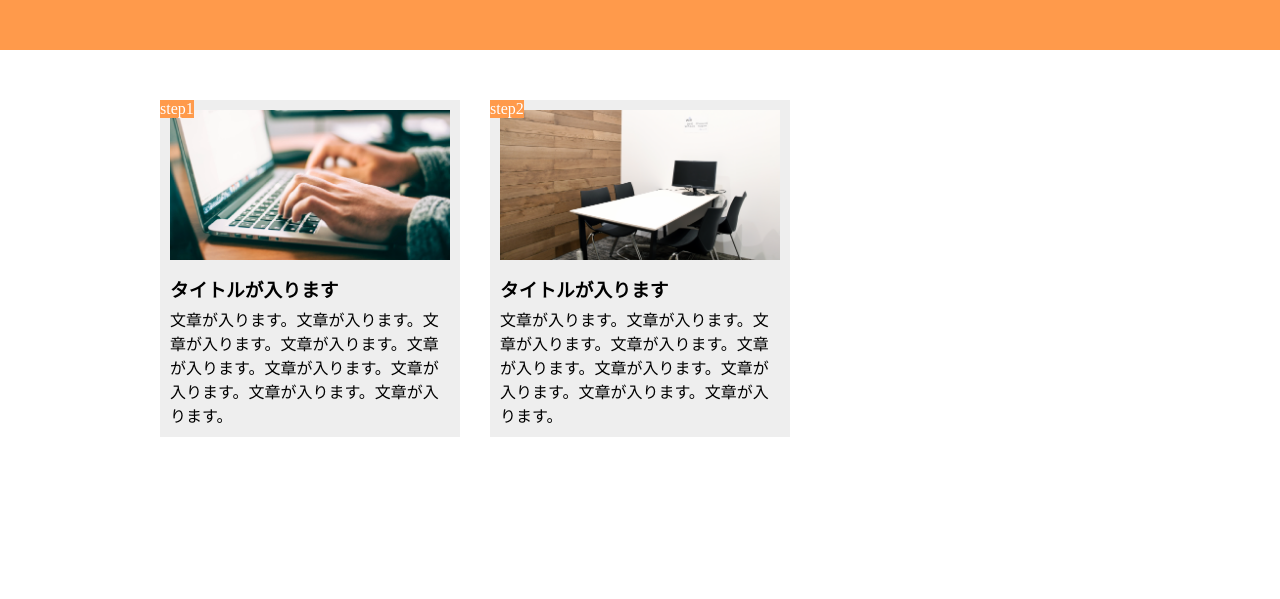
Repository: RAM-OK/git-practice
Page: chapter9-2/index.html
The author's editor kept a record of every edit. The page is drawn from the files as they stood at one moment, then again after the next edit.
The browser window is 1280 px wide. The pictures show the whole page.

Above is the page before.

### chapter9-2/index.html
<!DOCTYPE html>
<html lang="ja">
  <head>
    <meta charset="UTF-8">
    <link rel="stylesheet" href="style.css">
  </head>

  <body>
    <header></header>
    <main>
      <div class="step-box">
        <div class="step-img1"></div>
        <span class="step-num">step1</span>
        <h3 class="title">タイトルが入ります</h3>
        <p class="text">
          文章が入ります。文章が入ります。文章が入ります。文章が入ります。文章が入ります。文章が入ります。文章が入ります。文章が入ります。文章が入ります。
        </p>
      </div>
      <div class="step-box">
        <div class="step-img2"></div>
        <span class="step-num">step2</span>
        <h3 class="title">タイトルが入ります</h3>
        <p class="text">
          文章が入ります。文章が入ります。文章が入ります。文章が入ります。文章が入ります。文章が入ります。文章が入ります。文章が入ります。文章が入ります。
        </p>

      </div>
    </main>
  </body>
</html>

### chapter9-2/style.css
* {
  margin: 0;
  padding: 0;
  box-sizing: border-box;
}

header {
  height: 50px;
  background-color: #ff9a4b;
}

main {
  width: 960px;
  margin: 50px auto;
  display: flex;
}

.step-box {
  width: 300px;
  margin-right: 30px;
  padding: 10px;
  position: relative;
  background-color: #eee;
}

.step-box:last-child {
  margin-right: 0;
}

.step-img1 {
  height: 150px;
  background-image: url(img/flow01.png);
  background-position: bottom;
  background-size: cover;
}

.step-img2 {
  height: 150px;
  background-image: url(img/flow02.png);
  background-position: bottom;
  background-size: cover;
}

.step-img3 {
  height: 150px;
  background-image: url(img/flow03.png);
  background-position: bottom;
  background-size: cover;
}

.step-num {
  position: absolute;
  top: 0;
  left: 0;
  background-color: #ff9a4b;
  color: #fff;
}

.title {
  margin: 15px 0 5px;
}

footer {
  height: 50px;
  background-color: #aaa;
}

@media screen and (max-width:768px) {
  header {
    height: 50px;
  }

  main {
    width: 100%;
    margin: 50px auto;
  }

  .step-box {
    width: 90%;
    margin-top: 20px;
  }

  .step-img1 {
    height: 150px;
  }

  .step-img2 {
    height: 150px;
  }

  .step-img3 {
    height: 150px;
  }

  footer {
    height: 50px;
  }
}

After the next edit:
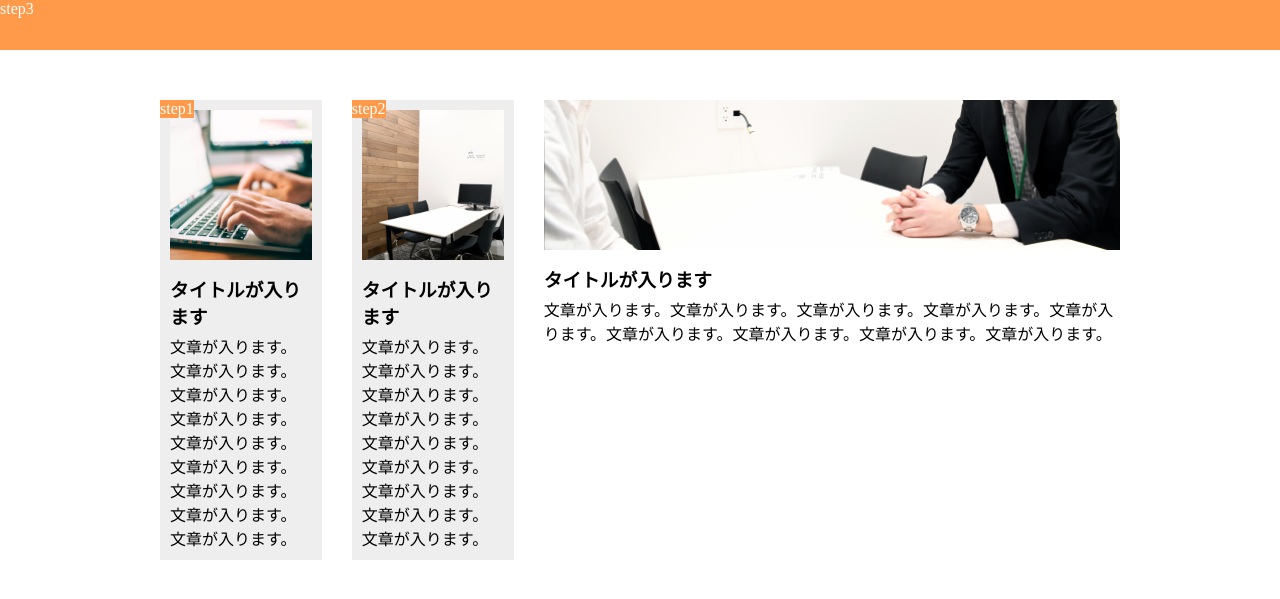
The edit:
--- a/chapter9-2/index.html
+++ b/chapter9-2/index.html
@@ -23,7 +23,14 @@
         <p class="text">
           文章が入ります。文章が入ります。文章が入ります。文章が入ります。文章が入ります。文章が入ります。文章が入ります。文章が入ります。文章が入ります。
         </p>
-
+      </div>
+      <div class="step-box3">
+        <div class="step-img3"></div>
+        <span class="step-num">step3</span>
+        <h3 class="title">タイトルが入ります</h3>
+        <p class="text">
+          文章が入ります。文章が入ります。文章が入ります。文章が入ります。文章が入ります。文章が入ります。文章が入ります。文章が入ります。文章が入ります。
+        </p>
       </div>
     </main>
   </body>
